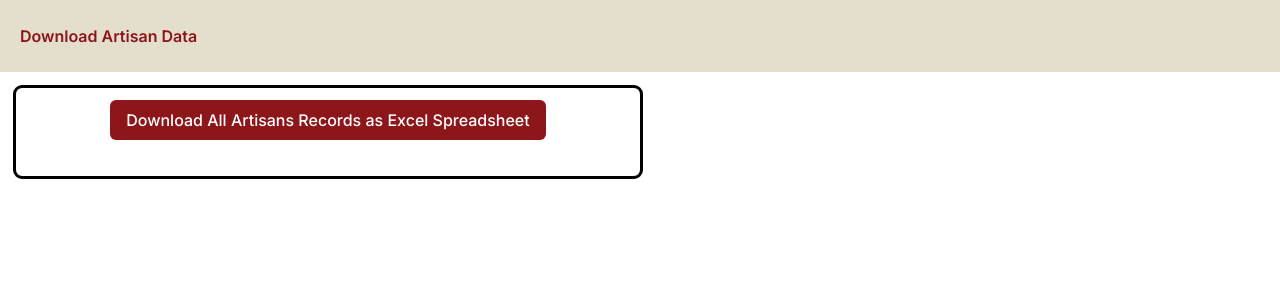
Repository: marcusdashe/artisanindex_frontend
Page: /components/DownloadDataScreen
The author's editor kept a copy of each file at every save. The page is drawn from the files as they stood at one save, then again after the next save.
The browser window is 1280 px wide. The pictures show the whole page.
The project was rebuilt for these pictures with package versions that can differ from the ones it lists, and the page was loaded fresh each time. The framework's server and built-in components were replaced by stand-ins that run in the browser. Also part of the build but not shown: next.config.js.

Above is the page before, as saved 2023-03-13 14:49:16.

After the next save:
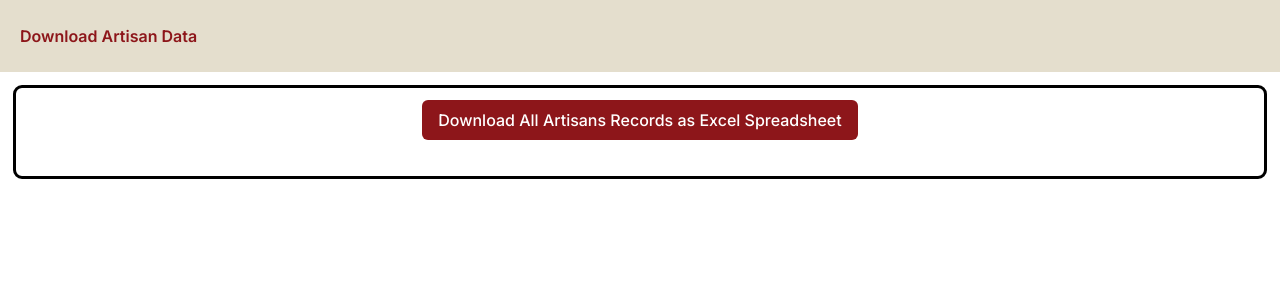
Saved 12 s later.
--- a/pages/components/DownloadDataScreen.js
+++ b/pages/components/DownloadDataScreen.js
@@ -24,7 +24,7 @@ function DownloadDataScreen() {
         <h1>Download Artisan Data</h1>
       </div>
       <div className="w-full h-[90vh] p-4">
-        <div className="w-[50%] rounded-md p-3 outline flex items-center flex-col">
+        <div className="w-[100%] rounded-md p-3 outline flex items-center flex-col">
           <button
             onClick={handleClick}
             type="submit"
